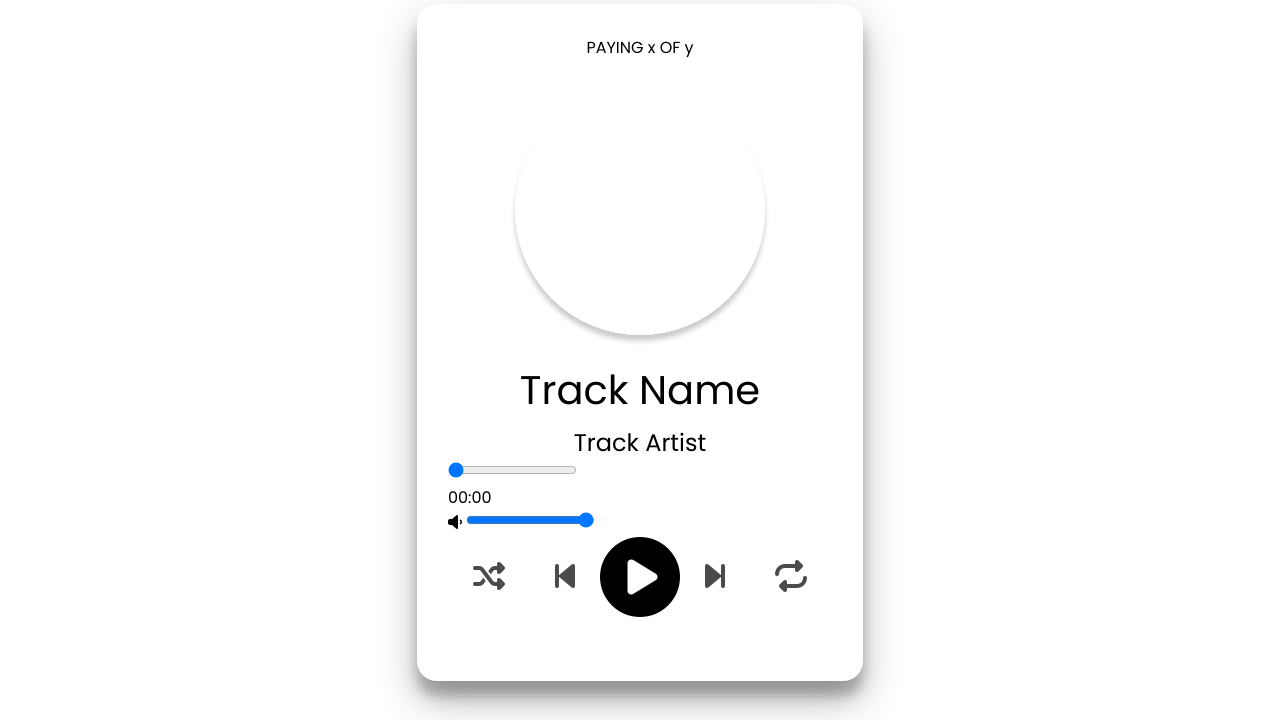
Repository: NguyenVietPhuQuy/Javascript-AudioPlayer
Page: index.html
The author's editor kept a copy of each file at every save. The page is drawn from the files as they stood at one save, then again after the next save.
The browser window is 1280 px wide. The pictures show the whole page.

Above is the page before, as saved 2022-11-09 08:38:00.

### index.html
<!DOCTYPE html>
<html lang="en">
<head>
    <meta charset="UTF-8">
    <meta http-equiv="X-UA-Compatible" content="IE=edge">
    <meta name="viewport" content="width=device-width, initial-scale=1.0">
    <title>Music Player</title>
    <!--Font-Awesome-->
    <link rel="stylesheet" href="https://cdnjs.cloudflare.com/ajax/libs/font-awesome/6.2.0/css/all.min.css">
    <!--Css-->
    <link rel="stylesheet" href="index.css">
</head>
<body>
    <div class="player">
        <div class="wrapper">
            <div class="details">
                <div class="now-playing">PAYING x OF y</div>
                <div class="track-art"></div>
                <div class="track-name">Track Name</div>
                <div class="track-artist">Track Artist</div>
            </div>

            <div class="slider_container">
                <div class="current-time"></div>
                <input type="range" min="1" max="100" value="0"
                class="seek_slider" onchange="seekTo()">
                <div class="total-duration">00:00</div>
            </div>

            <div class="slider_container">
                <i class="fa fa-volume-down"></i>
                <input type="range" min="1" max="100" value="99"
                class="volume_slider" onchange="setVolume()">
            </div>

            <div class="buttons">
                <div class="random-track">
                    <i class="fas fa-random fa-2x" title="random"
                    onclick="randomTrack()"></i>
                </div>

                <div class="prev-track">
                    <i class="fas fa-step-backward fa-2x"
                    onclick="prevTrack()"></i>
                </div>

                <div class="playePause-track">
                    <i class="fas fa-play-circle fa-5x"
                    onclick="playPauseTrack()"></i>
                </div>

                <div class="next-track">
                    <i class="fas fa-step-forward fa-2x"
                    onclick="nextTrack()"></i>
                </div>

                <div class="repeat-track">
                    <i class="fas fa-repeat fa-2x" title="repeat"
                    onclick="repeatTrack()"></i>
                </div>
            </div>

            <div id="wave">
                <span class="stroke"></span>
                <span class="stroke"></span>
                <span class="stroke"></span>
                <span class="stroke"></span>
                <span class="stroke"></span>
                <span class="stroke"></span>
                <span class="stroke"></span>
            </div>
        </div>
    </div>
    <!--Main-->
    <script src="index.js"></script>
</body>
</html>

### index.css
/*Font Google and base*/
@import url('https://fonts.googleapis.com/css2?family=Poppins&display=swap');
*{
    font-family: 'Poppins',sans-serif;
    box-sizing: border-box;
    margin: 0 auto;
}
img{
    width: 100%;
}
/*Main*/
.player{
    height: 95vh;
    display: flex;
    align-items: center;
    flex-direction: column;
    justify-content: center;
}
.wrapper{
    border: 1px solid transparent;
    padding: 30px;
    border-radius: 20px;
    box-shadow: rgba(0, 0, 0, 0.3) 0 19px 38px, rgba(0, 0, 0, 0.22) 0 15px 12px
}
.details{
    display: flex;
    align-items: center;
    flex-direction: column;
    justify-content: center;
}
.track-art{
    margin: 25px;
    height: 250px;
    width: 250px;
    border: 2px solid #fff;
    background-size: cover;
    background-position: center;
    box-shadow: 0px 6px 5px #ccc;
    border-radius: 190px;
}
.now-playing {
    font-size: 1rem;
}
.track-name{
    font-size: 2.5rem;
}
.track-artist{
    margin-top: 5px;
    font-size: 1.5rem;
}
.buttons{
    display: flex;
    flex-direction: row;
    align-items: center;
    margin-bottom: 30px;
}
.active{
    color: black;
}
.repeat-track
,.random-track
,.playPause-track
,.prev-track
,.next-track{
    padding: 25px;
    opacity: 0.7;
    transition: opacity .2s;
}
.repeat-track:hover
,.random-track:hover
,.playPause-track:hover
,.prev-track:hover
,.next-track:hover{
    opacity: 1;
}

Loaded but not shown: index.js (no copy from this time; the picture is the same without it)

After the next save:
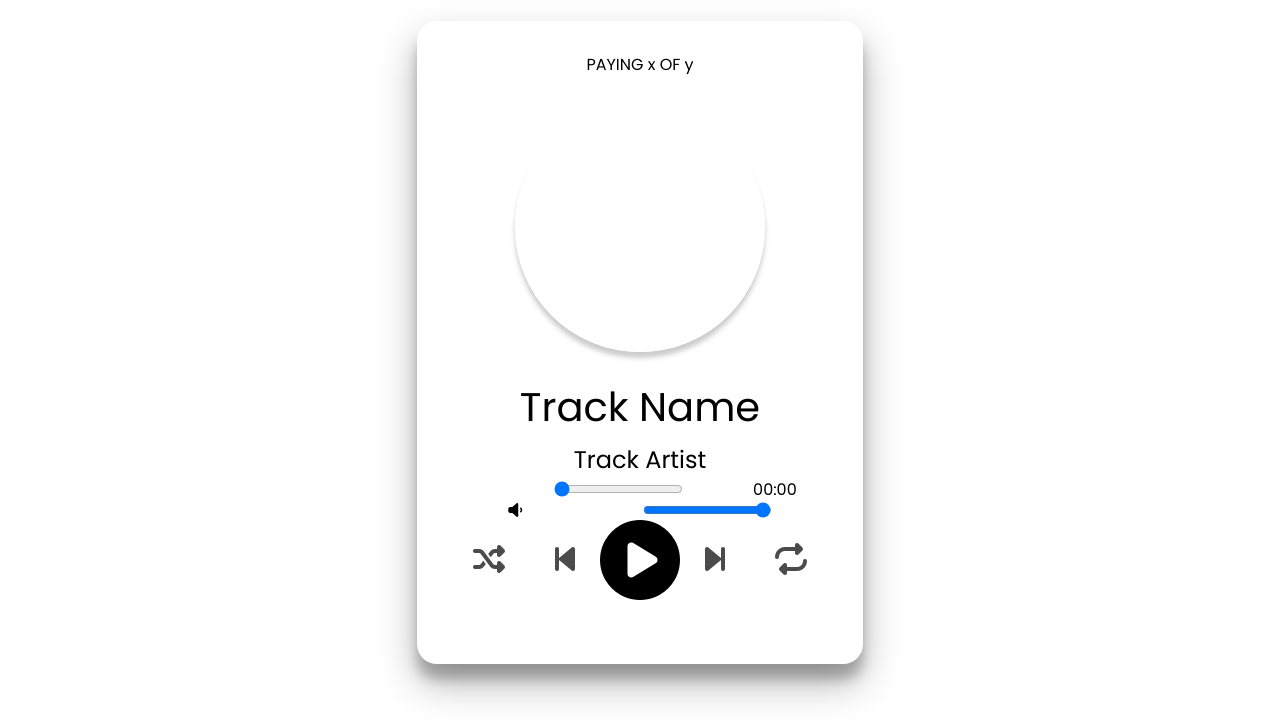
Saved 41 s later.
--- a/index.css
+++ b/index.css
@@ -73,3 +73,8 @@ img{
 ,.next-track:hover{
     opacity: 1;
 }
+.slider_container{
+    display: flex;
+    justify-content: center;
+    align-items: center;
+}
